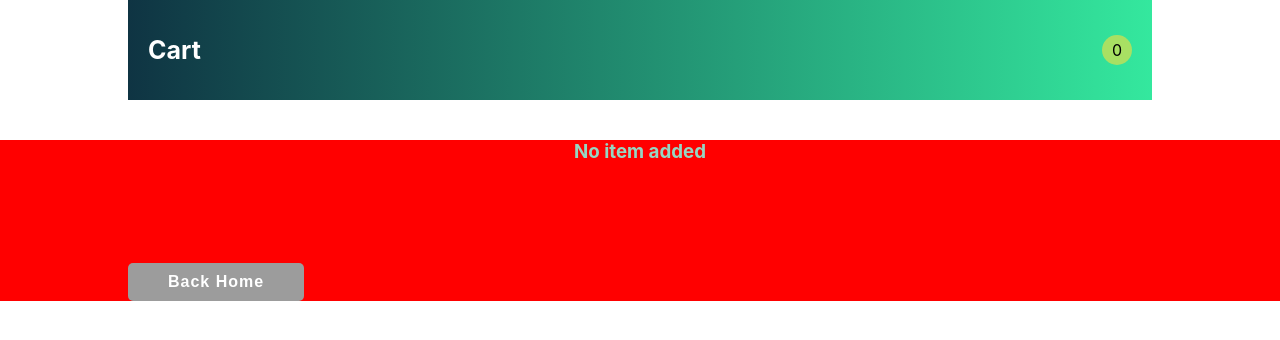
Repository: Yowani24/ecocarbon
Page: /cart
These files come from the project's save history. The page is drawn as it stood at one moment and after the next save; the edit follows.
The browser window is 1280 px wide. The pictures show the whole page.
The project was rebuilt for these pictures with package versions that can differ from the ones it lists, and the page was loaded fresh each time. The framework's server and built-in components were replaced by stand-ins that run in the browser. Also part of the build but not shown: next.config.js.

Above is the page before, as saved 2021-09-28 03:58:29.

After the next save:
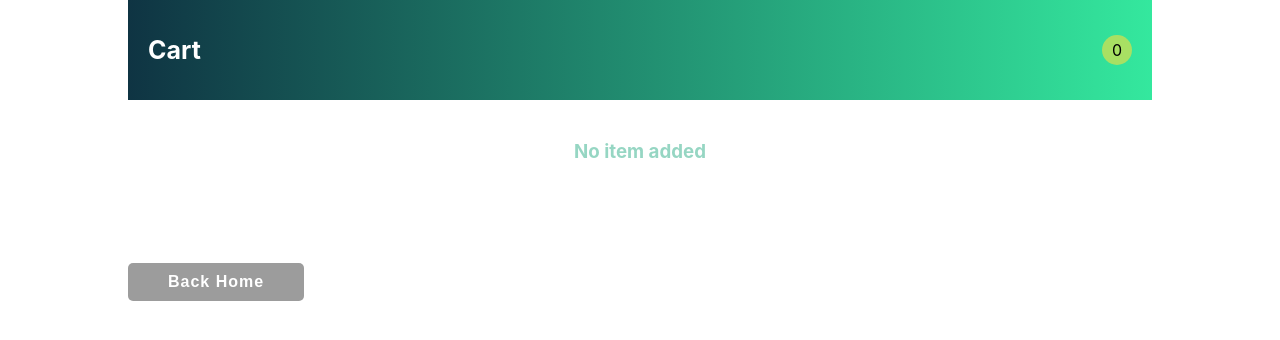
Saved 13 s later.
--- a/pages/cart/Cart.module.css
+++ b/pages/cart/Cart.module.css
@@ -43,10 +43,7 @@
 }
 
 /* ============================== */
-.cart_content{
-    background: red;
-    position: relative;
-}
+
 .boxes{
     margin-top: 40px;
 }
